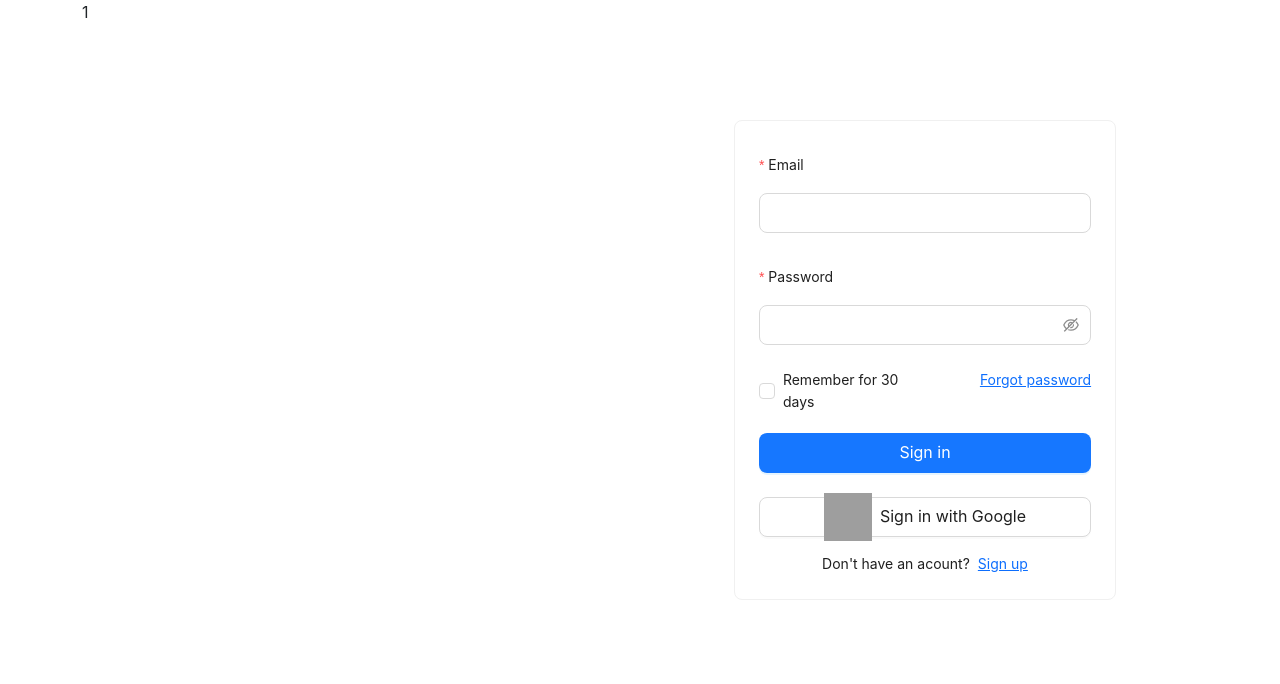
Repository: di-huynh-dev/kanban-inventory-management
Page: /
The author's editor kept a copy of each file at every save. The page is drawn from the files as they stood at one save, then again after the next save.
The browser window is 1280 px wide. The pictures show the whole page.
Pictures or frames that could not be fetched are drawn as grey boxes. The project was rebuilt for these pictures with package versions that can differ from the ones it lists, and the page was loaded fresh each time. Also part of the build but not shown: src/App.css, src/pages/auth/SignUp.tsx, src/routers/MainRouter.tsx.

Above is the page before, as saved 2024-09-07 12:48:10.

After the next save:
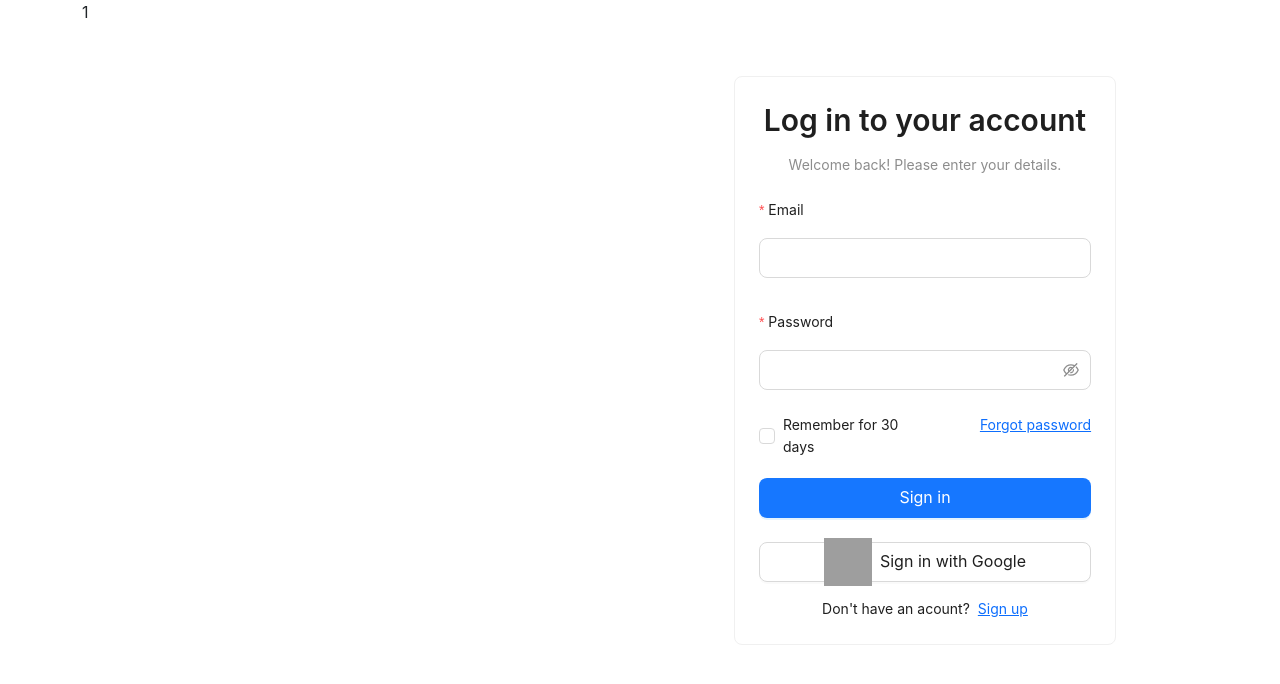
Saved 12 s later.
--- a/src/pages/auth/Login.tsx
+++ b/src/pages/auth/Login.tsx
@@ -27,6 +27,10 @@ const LoginPage = () => {
           width: '70%',
         }}
       >
+        <div className="text-center">
+          <Title level={2}>Log in to your account</Title>
+          <Paragraph type="secondary">Welcome back! Please enter your details.</Paragraph>
+        </div>
         <Form
           layout="vertical"
           initialValues={{ remember: true }}
